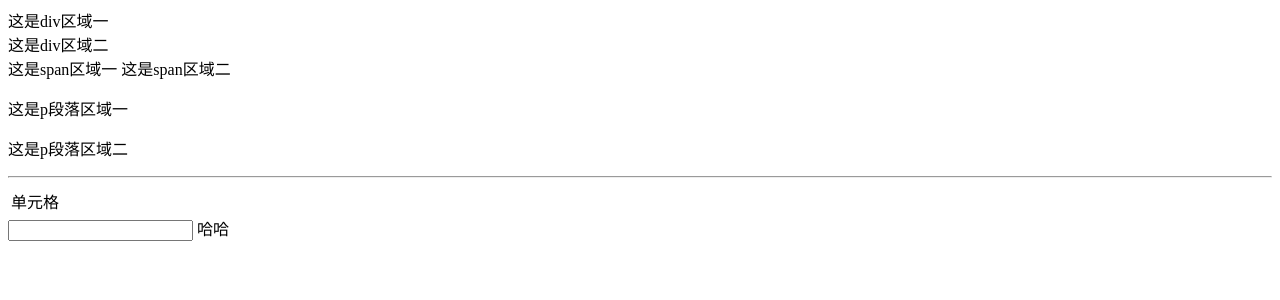
Repository: tangchengjingwen/javaLearningCode
Page: javaLearningCode/day30_html/div_span_p.html
The author's editor kept a copy of each file at every save. The page is drawn from the files as they stood at one save, then again after the next save.
The browser window is 1280 px wide. The pictures show the whole page.

Above is the page before, as saved 2012-05-14 01:59:16.

After the next save:
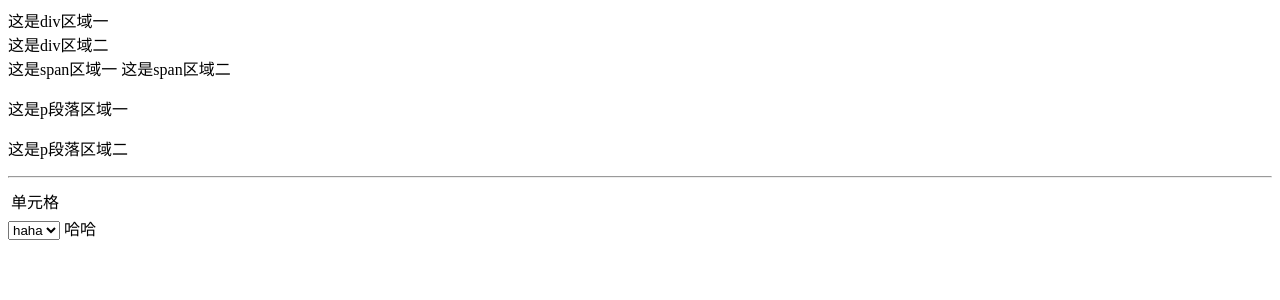
Saved 35 s later.
--- a/javaLearningCode/day30_html/div_span_p.html
+++ b/javaLearningCode/day30_html/div_span_p.html
@@ -11,7 +11,7 @@
 
 		标签也称为元素分成两大类：
 		1，块级标签(块级元素):结尾都有换行。div p table
-		2，行内标签(行内元素):span
+		2，行内标签(行内元素):span input
 		-->
 
 		<div>这是div区域一</div>
@@ -23,7 +23,7 @@
 		<p>这是p段落区域二</p>
 		<hr/>
 		<table><tr><td>单元格</td></tr></table>
-		<input type="text"/>
+		<select><option>haha</option></select>
 		哈哈
 
 
